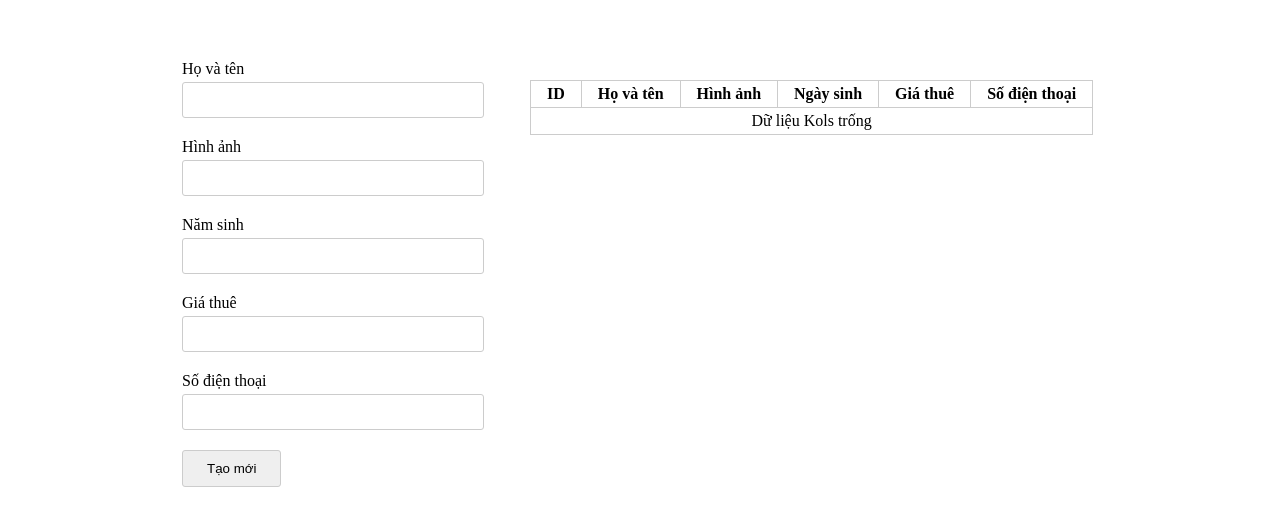
Repository: AnhTuan191298/sent-file-hoang
Page: js_kol-check/index.html
The author's editor kept a copy of each file at every save. The page is drawn from the files as they stood at one save, then again after the next save.
The browser window is 1280 px wide. The pictures show the whole page.

Above is the page before, as saved 2021-02-04 22:21:14.

### js_kol-check/index.html
<!DOCTYPE html>
<html lang="en">
<head>
    <meta charset="UTF-8">
    <meta name="viewport" content="width=device-width, initial-scale=1.0">
    <link rel="stylesheet" href="https://stackpath.bootstrapcdn.com/font-awesome/4.7.0/css/font-awesome.min.css"/>
    <title>Kols Done</title>
    <style>
        .app {
            width: 980px;
            margin: 0 auto;
            display: flex;
        }
        #form {
            flex: 2;
            padding: 32px;
        }
        #list {
            flex: 4;
            padding: 32px;
            margin-top: 40px;
        }
        table {
            border-collapse: collapse;
        }
        table th, table td {
            border: 1px solid #ccc;
            padding: 4px 16px;
        }
        .form-group {
            margin-top: 20px;
        }
        .form-group label {
            display: block;
            margin-bottom: 4px;
        }
        .form-group input {
            display: block;
            width: 100%;
            height: 34px;
            border-radius: 3px;
            border: 1px solid #ccc;
            outline: none;
            padding: 0 8px;
        }
        .avatar {
            width: 60px;
            height: 60px;
            border-radius: 50%;
        }
        .submit-btn {
            padding: 10px 24px;
            border-radius: 3px;
            border: 1px solid #ccc;
        }
        .alert-update,
        .alert-delete {
            width: 240px;
            background-color: #fff;
            min-height: 130px;
            display: none;
            flex-direction: column;
            align-items: center;
            justify-content: center;
            padding: 20px;
            border-radius: 5px;
            box-shadow: 1px 2px 24px #aaaaaa;
            position: fixed;
            top: 50px;
            right: 5px;
            animation: rightToLeft ease 0.5s, fadeOut linear 1s 3s forwards;
        }
        .alert-update.active,
        .alert-delete.active {
            display: flex;
        }
        .alert-update__circle,
        .alert-delete__circle {
            height: 50px;
            width: 50px;
            border: 6px solid #33cc70;
            border-radius: 50%;
            display: flex;
            justify-content: center;
            align-items: center;
            margin-bottom: 10px;
        }
        .alert-update__circle i,
        .alert-delete__circle i {
            font-size: 20px;
            color: #33cc70;
        }
        .alert-update__content h3,
        .alert-delete__content h3 {
            font-size: 18px;
            color: #33cc70;
            text-align: center;
        }
        .text-center {
            text-align: center;
        }
        /* Animation */
        @keyframes fadeIn {
            0% {
                opacity: 0;
            }
            100% {
                opacity: 1;
            }
        }
        @keyframes growth {
            0% {
                transform: scale(0.5);
            }
            100% {
                transform: scale(1);
            }
        }
        @keyframes rightToLeft {
            0% {
                opacity: 0;
                transform: translateX(105%);
            }
            100% {
                opacity: 1;
                transform: translateX(0%);
            }
        }
        @keyframes fadeOut {
            to {
                opacity: 0;
            }
        }
    </style>
</head>
<body>
    <div class="app">
        <form action="" id="form">
            <div class="form-group">
                <label for="fullname">Họ và tên</label>
                <input id="fullname" type="text" name="fullname" class="form-control">
            </div>
            <div class="form-group">
                <label for="image">Hình ảnh</label>
                <input id="image" type="text" name="image" class="form-control">
            </div>
            <div class="form-group">
                <label for="birth">Năm sinh</label>
                <input id="birth" type="text" name="birth" class="form-control">
            </div>
            <div class="form-group">
                <label for="price">Giá thuê</label>
                <input id="price" type="text" name="price" class="form-control">
            </div>
            <div class="form-group">
                <label for="phone">Số điện thoại</label>
                <input id="phone" type="text" name="phone" class="form-control">
            </div>
            <div class="form-group">
                <button class="submit-btn">Tạo mới</button>
            </div>
        </form>
        <!-- List -->
        <div id="list">
            <table>
                <thead>
                    <tr>
                        <th>ID</th>
                        <th>Họ và tên</th>
                        <th>Hình ảnh</th>
                        <th>Ngày sinh</th>
                        <th>Giá thuê</th>
                        <th>Số điện thoại</th>
                    </tr>
                </thead>
                <tbody id="kol-list">
                    <!-- <tr>
                        <td>1</td>
                        <td>Nguyễn Công Trứ</td>
                        <td>
                            <img class="avatar" src="https://64.media.tumblr.com/d1b06afb69cf8b615690ff734129e902/f04605d2cb559bfc-d8/s1280x1920/f91d82446d71c5ee9ace99af4936adcd5549d93f.jpg" alt="">
                        </td>
                        <td>02/02/2000</td>
                        <td>1.000.000đ</td>
                        <td>0987363736</td>
                    </tr> -->
                </tbody>
            </table>
        </div>
        <!-- Alert -->
        <div class="alert-update">
            <div class="alert-update__circle">
                <i class="fa fa-check" aria-hidden="true"></i>
            </div>
            <div class="alert-update__content">
                <h3>Đã sửa thành công</h3>
            </div>
        </div>
    </div>
    <script src="./assets/js/main.js"></script>
</body>
</html>

### js_kol-check/assets/js/main.js
const $ = document.querySelector.bind(document)
const $$ = document.querySelectorAll.bind(document)

const KOL_STORAGE_KEY = 'kols'

const fullName = $('input[name="fullname"]')
const image = $('input[name="image"]')
const birth = $('input[name="birth"]')
const price = $('input[name="price"]')
const phone = $('input[name="phone"]')
const form = $('#form')
const kols = JSON.parse(localStorage.getItem(KOL_STORAGE_KEY)) || []
const kolList = $('#kol-list')

// Add kol
form.onsubmit = function(e) {
    e.preventDefault()
    $('.alert-update').classList.add('active')
    let kol = {
        fullName: fullName.value,
        image: image.value,
        birth: birth.value,
        price: price.value,
        phone: phone.value
    }

    kols.push(kol)
    localStorage.setItem(KOL_STORAGE_KEY, JSON.stringify(kols))
    renderKols()

}

function renderKols() {
    const html = kols.map(function(kol, index) {
        return `
        <tr>
            <td>${index + 1}</td>
            <td>${kol.fullName}</td>
            <td>
                <img class="avatar" src="${kol.image}" alt="">
            </td>
            <td>${kol.birth}</td>
            <td>${kol.price} đ</td>
            <td>${kol.phone}</td>
        </tr>
            `

    })

    if (kols.length > 0) {
        kolList.innerHTML = html.join('')
    } else {
        kolList.innerHTML = `
        <tr>
            <td class="text-center" colspan="6">Dữ liệu Kols trống</td>
        </tr>`
    }

}

renderKols()

After the next save:
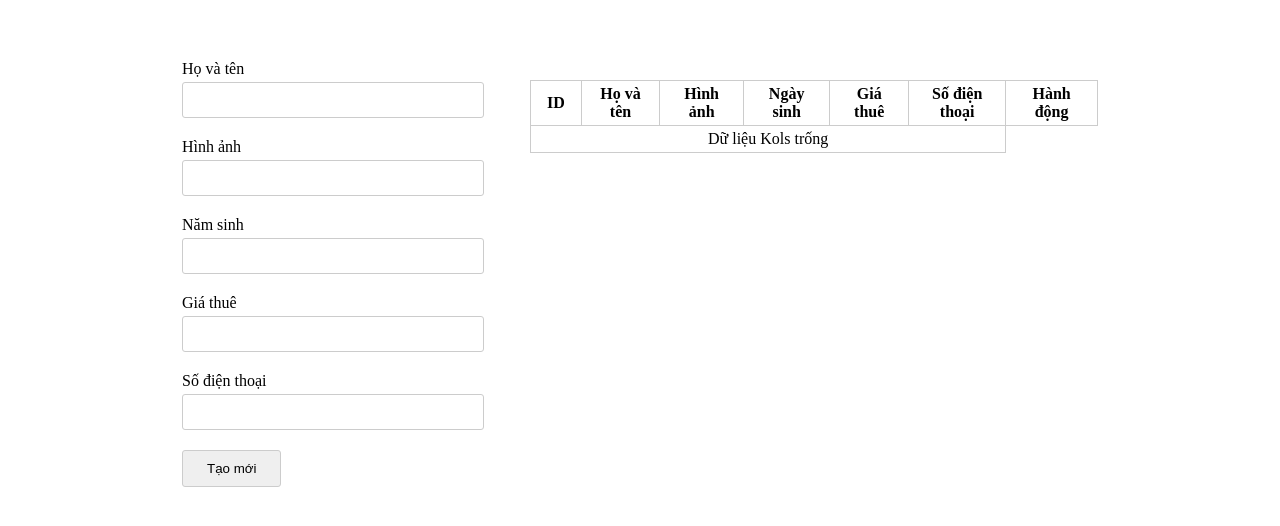
Saved 4 min 12 s later.
--- a/js_kol-check/index.html
+++ b/js_kol-check/index.html
@@ -171,6 +171,7 @@
                         <th>Ngày sinh</th>
                         <th>Giá thuê</th>
                         <th>Số điện thoại</th>
+                        <th>Hành động</th>
                     </tr>
                 </thead>
                 <tbody id="kol-list">
